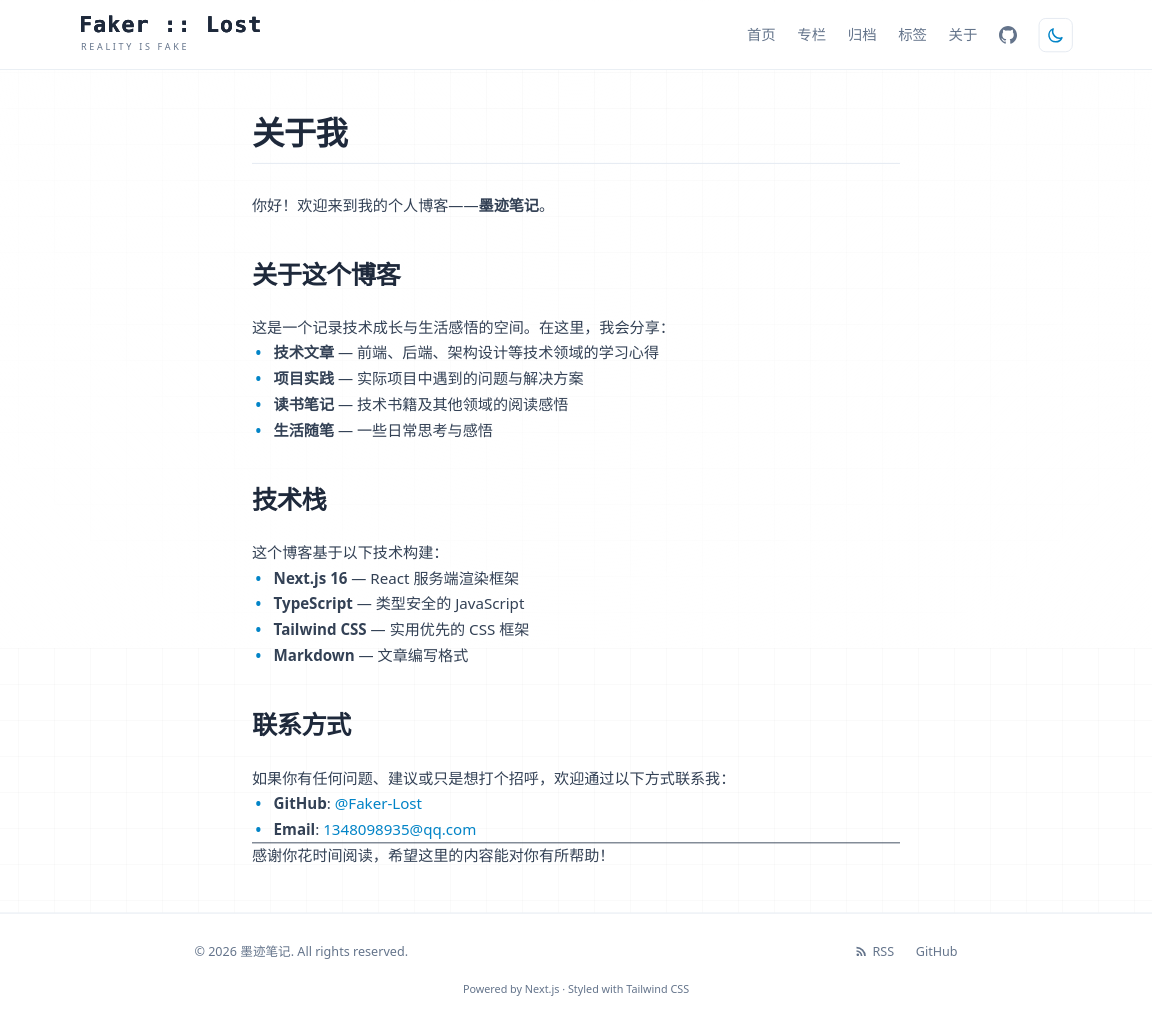
Repository: Faker-Lost/my-blog
Page: /about
The author's editor kept a copy of each file at every save. The page is drawn from the files as they stood at one save, then again after the next save.
The browser window is 1280 px wide. The pictures show the whole page, at 90% of full size.
The project was rebuilt for these pictures with package versions that can differ from the ones it lists, and the page was loaded fresh each time. The framework's server and built-in components were replaced by stand-ins that run in the browser. Also part of the build but not shown: next.config.ts.

Above is the page before, as saved 2026-02-10 14:55:24.

### app/layout.tsx
import type { Metadata } from "next";
import { Noto_Serif_SC } from "next/font/google";
import Header from "@/components/Header";
import Footer from "@/components/Footer";
import { SpeedInsights } from "@vercel/speed-insights/next";
import "./globals.css";

// 使用 Noto Serif SC 作为主字体，传统优雅风格
const notoSerifSC = Noto_Serif_SC({
  weight: ['400', '600', '700'],
  subsets: ['latin'],
  variable: '--font-noto-serif',
  display: 'swap',
});

export const metadata: Metadata = {
  title: {
    default: "Faker :: Lost",
    template: "%s | Faker :: Lost",
  },
  description: "Code is Reality. Reality is Fake. 技术探索与迷失记录。",
  keywords: ["Faker-Lost", "博客", "技术", "C++", "Qt", "OpenCV"],
  authors: [{ name: "Faker-Lost" }],
  openGraph: {
    type: "website",
    locale: "zh_CN",
    siteName: "Faker :: Lost",
  },
  verification: {
    other: {
      "baidu-site-verification": "codeva-wALds0TuPo",
    },
  },
};

export default function RootLayout({
  children,
}: Readonly<{
  children: React.ReactNode;
}>) {
  return (
    <html lang="zh-CN" suppressHydrationWarning>
      <head>
        {/* 防止 FOUC - 提前应用主题 */}
        <script
          dangerouslySetInnerHTML={{
            __html: `
              (function() {
                try {
                  var darkMode = localStorage.getItem('darkMode');
                  if (darkMode === 'true' || (!darkMode && window.matchMedia('(prefers-color-scheme: dark)').matches)) {
                    document.documentElement.classList.add('dark');
                  }
                } catch (e) {}
              })();
            `,
          }}
        />
      </head>
      <body className={`${notoSerifSC.variable} min-h-screen flex flex-col`}>
        <Header />
        <main className="flex-1">
          {children}
        </main>
        <Footer />
        <SpeedInsights />
      </body>
    </html>
  );
}

### app/about/page.tsx
import { Metadata } from 'next';

export const metadata: Metadata = {
  title: '关于',
  description: '了解更多关于我和这个博客的信息',
};

export default function AboutPage() {
  return (
    <div className="max-w-3xl mx-auto px-6 py-12 page-transition">
      <article className="prose">
        <h1>关于我</h1>

        <p>
          你好！欢迎来到我的个人博客——<strong>墨迹笔记</strong>。
        </p>

        <h2>关于这个博客</h2>

        <p>
          这是一个记录技术成长与生活感悟的空间。在这里，我会分享：
        </p>

        <ul>
          <li><strong>技术文章</strong> — 前端、后端、架构设计等技术领域的学习心得</li>
          <li><strong>项目实践</strong> — 实际项目中遇到的问题与解决方案</li>
          <li><strong>读书笔记</strong> — 技术书籍及其他领域的阅读感悟</li>
          <li><strong>生活随笔</strong> — 一些日常思考与感悟</li>
        </ul>

        <h2>技术栈</h2>

        <p>
          这个博客基于以下技术构建：
        </p>

        <ul>
          <li><strong>Next.js 16</strong> — React 服务端渲染框架</li>
          <li><strong>TypeScript</strong> — 类型安全的 JavaScript</li>
          <li><strong>Tailwind CSS</strong> — 实用优先的 CSS 框架</li>
          <li><strong>Markdown</strong> — 文章编写格式</li>
        </ul>

        <h2>联系方式</h2>

        <p>
          如果你有任何问题、建议或只是想打个招呼，欢迎通过以下方式联系我：
        </p>

        <ul>
          <li>
            <strong>GitHub</strong>:{' '}
            <a href="https://github.com/Faker-Lost" target="_blank" rel="noopener noreferrer">
              @Faker-Lost
            </a>
          </li>
          <li>
            <strong>Email</strong>: <a href="mailto:1348098935@qq.com">1348098935@qq.com</a>
          </li>
        </ul>

        <hr />

        <p>
          感谢你花时间阅读，希望这里的内容能对你有所帮助！
        </p>
      </article>
    </div>
  );
}

### components/Header.tsx
import Link from 'next/link';
import ThemeToggle from './ThemeToggle';
import GlitchText from './GlitchText';

export default function Header() {
  return (
    <header className="sticky top-0 z-50 border-b border-[var(--border)] bg-[var(--header-bg)] backdrop-blur-md supports-[backdrop-filter]:bg-opacity-60 transition-all duration-300">
      <div className="max-w-6xl mx-auto px-6 py-4 flex items-center justify-between">
        {/* Logo / 站点名称 */}
        <Link href="/" className="group flex flex-col items-start gap-1">
          <span
            className="text-2xl font-bold tracking-tighter text-[var(--foreground)]
                       group-hover:text-[var(--accent)] transition-colors leading-none font-mono"
          >
            <GlitchText text="Faker :: Lost" />
          </span>
          <span className="text-[10px] uppercase tracking-[0.3em] text-[var(--muted)] pl-0.5">
            REALITY IS FAKE
          </span>
        </Link>

        {/* 导航 */}
        <nav className="flex items-center gap-5 sm:gap-6">
          <Link
            href="/"
            className="text-[var(--muted)] hover:text-[var(--foreground)] transition-colors"
          >
            首页
          </Link>
          <Link
            href="/series"
            className="text-[var(--muted)] hover:text-[var(--foreground)] transition-colors"
          >
            专栏
          </Link>
          <Link
            href="/archive"
            className="text-[var(--muted)] hover:text-[var(--foreground)] transition-colors"
          >
            归档
          </Link>
          <Link
            href="/tags"
            className="text-[var(--muted)] hover:text-[var(--foreground)] transition-colors"
          >
            标签
          </Link>
          <Link
            href="/about"
            className="text-[var(--muted)] hover:text-[var(--foreground)] transition-colors"
          >
            关于
          </Link>
          <a
            href="https://github.com/Faker-Lost"
            target="_blank"
            rel="noopener noreferrer"
            className="text-[var(--muted)] hover:text-[var(--foreground)] transition-colors"
            aria-label="GitHub"
          >
            <svg className="w-5 h-5" fill="currentColor" viewBox="0 0 24 24">
              <path d="M12 0c-6.626 0-12 5.373-12 12 0 5.302 3.438 9.8 8.207 11.387.599.111.793-.261.793-.577v-2.234c-3.338.726-4.033-1.416-4.033-1.416-.546-1.387-1.333-1.756-1.333-1.756-1.089-.745.083-.729.083-.729 1.205.084 1.839 1.237 1.839 1.237 1.07 1.834 2.807 1.304 3.492.997.107-.775.418-1.305.762-1.604-2.665-.305-5.467-1.334-5.467-5.931 0-1.311.469-2.381 1.236-3.221-.124-.303-.535-1.524.117-3.176 0 0 1.008-.322 3.301 1.23.957-.266 1.983-.399 3.003-.404 1.02.005 2.047.138 3.006.404 2.291-1.552 3.297-1.23 3.297-1.23.653 1.653.242 2.874.118 3.176.77.84 1.235 1.911 1.235 3.221 0 4.609-2.807 5.624-5.479 5.921.43.372.823 1.102.823 2.222v3.293c0 .319.192.694.801.576 4.765-1.589 8.199-6.086 8.199-11.386 0-6.627-5.373-12-12-12z" />
            </svg>
          </a>
          <ThemeToggle />
        </nav>
      </div>
    </header>
  );
}

### components/Footer.tsx
import Link from 'next/link';

export default function Footer() {
  const currentYear = new Date().getFullYear();

  return (
    <footer className="border-t border-[var(--border)] bg-[var(--background)] mt-auto">
      <div className="max-w-4xl mx-auto px-6 py-8">
        <div className="flex flex-col md:flex-row items-center justify-between gap-4">
          {/* 版权信息 */}
          <p className="text-sm text-[var(--muted)]">
            © {currentYear} 墨迹笔记. All rights reserved.
          </p>

          {/* 链接 */}
          <div className="flex items-center gap-6 text-sm">
            <Link
              href="/rss.xml"
              className="text-[var(--muted)] hover:text-[var(--accent)] transition-colors flex items-center gap-1"
            >
              <svg className="w-4 h-4" fill="currentColor" viewBox="0 0 24 24">
                <path d="M6.18 15.64a2.18 2.18 0 0 1 2.18 2.18C8.36 19 7.38 20 6.18 20C5 20 4 19 4 17.82a2.18 2.18 0 0 1 2.18-2.18M4 4.44A15.56 15.56 0 0 1 19.56 20h-2.83A12.73 12.73 0 0 0 4 7.27V4.44m0 5.66a9.9 9.9 0 0 1 9.9 9.9h-2.83A7.07 7.07 0 0 0 4 12.93V10.1z"/>
              </svg>
              RSS
            </Link>
            <a
              href="https://github.com"
              target="_blank"
              rel="noopener noreferrer"
              className="text-[var(--muted)] hover:text-[var(--accent)] transition-colors"
            >
              GitHub
            </a>
          </div>
        </div>

        {/* 技术栈标识 */}
        <p className="text-center text-xs text-[var(--muted)] mt-6">
          Powered by Next.js · Styled with Tailwind CSS
        </p>
      </div>
    </footer>
  );
}

### app/globals.css
@import "tailwindcss";

:root {
  /* 浅色主题 - 现代极简 & 科技感 */
  --background: #ffffff;
  --foreground: #1e293b;
  /* Slate-800 */
  --accent: #0284c7;
  /* Sky-600 */
  --accent-glow: rgba(2, 132, 199, 0.4);
  --muted: #64748b;
  /* Slate-500 */
  --border: #e2e8f0;
  /* Slate-200 */
  --card: rgba(255, 255, 255, 0.8);
  /* 半透明白 */
  --header-bg: rgba(255, 255, 255, 0.75);
  --grid-color: rgba(0, 0, 0, 0.02);
  /* 极淡网格 */

  --font-sans: system-ui, -apple-system, BlinkMacSystemFont, 'Segoe UI', Roboto, 'Helvetica Neue', Arial, sans-serif;
  --font-mono: 'JetBrains Mono', 'Fira Code', Consolas, monospace;
}

@theme {
  --color-background: var(--background);
  --color-foreground: var(--foreground);
  --color-accent: var(--accent);
  --color-muted: var(--muted);
  --color-border: var(--border);
  --color-card: var(--card);
  --font-sans: var(--font-sans);
  --font-mono: var(--font-mono);
}

/* 暗黑主题 */
.dark {
  --background: #09090b;
  /* Zinc-950 */
  --foreground: #e2e8f0;
  /* Slate-200 */
  --accent: #22d3ee;
  /* Cyan-400 */
  --accent-glow: rgba(34, 211, 238, 0.3);
  --muted: #94a3b8;
  /* Slate-400 */
  --border: #27272a;
  /* Zinc-800 */
  --card: rgba(24, 24, 27, 0.6);
  --header-bg: rgba(9, 9, 11, 0.7);
  --grid-color: rgba(255, 255, 255, 0.02);
}

body {
  background-color: var(--background);
  /* 保留极淡的背景网格，作为唯一的主题特征 */
  background-image:
    linear-gradient(var(--grid-color) 1px, transparent 1px),
    linear-gradient(90deg, var(--grid-color) 1px, transparent 1px);
  background-size: 40px 40px;
  background-position: center top;

  color: var(--foreground);
  font-family: var(--font-sans);
  line-height: 1.7;
  transition: background-color 0.3s ease, color 0.3s ease;
  min-height: 100vh;
}

body::before {
  content: "";
  position: fixed;
  top: 0;
  left: 0;
  width: 100%;
  height: 100%;
  pointer-events: none;
  background: radial-gradient(circle at 50% 0%, transparent 0%, var(--background) 100%);
  z-index: -1;
}

/* 标题样式 - 回归经典，只保留字体特色 */
h1,
h2,
h3,
h4,
h5,
h6 {
  font-family: var(--font-mono);
  font-weight: 700;
  letter-spacing: -0.02em;
  color: var(--foreground);
}

/* Prose (文章内容) - 还原经典墨迹笔记排版 */
.prose {
  /* 颜色 */
  --tw-prose-body: #334155;
  --tw-prose-headings: #0f172a;
  --tw-prose-links: var(--accent);
  --tw-prose-code: var(--accent);
  --tw-prose-quotes: var(--muted);

  font-size: 1.05rem;
  max-width: none;
  font-weight: 450;
  color: var(--tw-prose-body);

  /* 无边框、无背景、纯净阅读 */
  background: transparent;
  padding: 0;
  border: none;
  border-radius: 0;
  box-shadow: none;
}

.dark .prose {
  --tw-prose-body: #cbd5e1;
  --tw-prose-headings: #f1f5f9;
}

/* 标题 - 去掉修饰，回归纯粹 */
.prose h1 {
  font-size: 2.25rem;
  padding-bottom: 0.5rem;
  border-bottom: 1px solid var(--border);
  margin-bottom: 2rem;
  margin-top: 0;
  line-height: 1.3;
}

.prose h2 {
  font-size: 1.75rem;
  margin-top: 2.5rem;
  margin-bottom: 1.25rem;
  padding-left: 0;
  /* 移除左侧修饰线和 # 号 */
  border-left: none;
}

/* 移除之前的 # 号伪元素 */
.prose h2::before {
  content: none;
}

.prose h3 {
  font-size: 1.4rem;
  margin-top: 2rem;
  margin-bottom: 1rem;
}

/* 链接 - 经典样式 */
.prose a {
  color: var(--accent);
  text-decoration: none;
  border-bottom: 1px solid transparent;
  transition: border-color 0.2s;
}

.prose a:hover {
  border-bottom-color: var(--accent);
}

/* 引用块 - 经典竖线样式 */
.prose blockquote {
  border-left: 4px solid var(--border);
  /* 灰色竖线，更素雅 */
  background: transparent;
  /* 去掉背景色 */
  padding-left: 1rem;
  margin: 1.5rem 0;
  font-style: italic;
  color: var(--muted);
}

/* 表格样式 - 规规矩矩 */
.prose table {
  width: 100%;
  table-layout: auto;
  text-align: left;
  margin-top: 2em;
  margin-bottom: 2em;
  font-size: 0.95em;
  border-collapse: collapse;
  /* 合并边框 */
  border: 1px solid var(--border);
  /* 外边框 */
}

.prose thead {
  border-bottom: 2px solid var(--border);
  background-color: rgba(0, 0, 0, 0.02);
  /* 极淡的表头背景 */
}

.dark .prose thead {
  background-color: rgba(255, 255, 255, 0.05);
}

.prose th {
  color: var(--foreground);
  font-weight: 600;
  padding: 0.75rem 1rem;
  vertical-align: bottom;
  border-right: 1px solid var(--border);
  /* 竖向分隔线 */
}

.prose th:last-child {
  border-right: none;
}

.prose td {
  padding: 0.75rem 1rem;
  vertical-align: top;
  border-bottom: 1px solid var(--border);
  /* 横向分隔线 */
  border-right: 1px solid var(--border);
  /* 竖向分隔线 */
}

.prose td:last-child {
  border-right: none;
}

.prose tr:last-child td {
  border-bottom: none;
}

/* 列表样式 */
.prose ul>li {
  position: relative;
  padding-left: 1.5rem;
}

.prose ul>li::marker {
  color: var(--muted);
  /* 还原默认圆点颜色 */
  content: "";
  /* 使用默认样式或者设为圆点 */
}

.prose ul>li::before {
  content: "•";
  position: absolute;
  left: 0.25rem;
  color: var(--accent);
  font-weight: bold;
}

/* 代码块 - 保持深色，对比度高 */
.prose pre {
  background: #0f172a !important;
  color: #f1f5f9 !important;
  border: 1px solid #1e293b;
  border-radius: 6px;
  margin: 1.5rem 0;
  padding: 1rem;
  overflow-x: auto;
  font-family: var(--font-mono);
  font-size: 0.9rem;
  line-height: 1.6;
}

.prose :not(pre)>code {
  background: rgba(125, 211, 252, 0.1);
  color: var(--accent);
  font-family: var(--font-mono);
  padding: 0.2rem 0.4rem;
  border-radius: 4px;
}

/* 图片 */
.prose img {
  border-radius: 0;
  /* 直角图片 */
  border: 1px solid var(--border);
  margin: 2rem auto;
}

/* Glitch Effect - 用于 Logo - 修复：移除背景色 */
.glitch-wrapper {
  position: relative;
  display: inline-block;
}

.glitch {
  position: relative;
  color: var(--foreground);
}

.glitch:before,
.glitch:after {
  content: attr(data-text);
  position: absolute;
  top: 0;
  left: 0;
  width: 100%;
  height: 100%;
  /* background: var(--background); 移除背景颜色，修复 Logo 有白底的问题 */
}

.group:hover .glitch:before {
  color: #0ff;
  z-index: 2;
  opacity: 1;
  animation: glitch-anim-1 0.3s infinite linear alternate-reverse;
}

.group:hover .glitch:after {
  color: #f0f;
  z-index: 1;
  opacity: 1;
  animation: glitch-anim-2 0.3s infinite linear alternate-reverse;
}

@keyframes glitch-anim-1 {
  0% {
    clip-path: inset(20% 0 80% 0);
    transform: translate(-2px, 1px);
  }

  20% {
    clip-path: inset(60% 0 10% 0);
    transform: translate(2px, -1px);
  }

  40% {
    clip-path: inset(40% 0 50% 0);
    transform: translate(-2px, 2px);
  }

  60% {
    clip-path: inset(80% 0 5% 0);
    transform: translate(2px, -2px);
  }

  80% {
    clip-path: inset(10% 0 70% 0);
    transform: translate(-1px, 1px);
  }

  100% {
    clip-path: inset(30% 0 20% 0);
    transform: translate(1px, -1px);
  }
}

@keyframes glitch-anim-2 {
  0% {
    clip-path: inset(15% 0 60% 0);
    transform: translate(2px, 1px);
  }

  20% {
    clip-path: inset(50% 0 30% 0);
    transform: translate(-2px, -1px);
  }

  40% {
    clip-path: inset(20% 0 70% 0);
    transform: translate(2px, 2px);
  }

  60% {
    clip-path: inset(70% 0 10% 0);
    transform: translate(-2px, -2px);
  }

  80% {
    clip-path: inset(10% 0 40% 0);
    transform: translate(1px, 1px);
  }

  100% {
    clip-path: inset(40% 0 20% 0);
    transform: translate(-1px, -1px);
  }
}

### components/ThemeToggle.tsx
'use client';

import { useEffect, useState } from 'react';

export default function ThemeToggle() {
  const [darkMode, setDarkMode] = useState(false);
  const [mounted, setMounted] = useState(false);

  useEffect(() => {
    setMounted(true);
    // 检查本地存储或系统偏好
    const stored = localStorage.getItem('darkMode');
    if (stored !== null) {
      setDarkMode(stored === 'true');
    } else {
      setDarkMode(window.matchMedia('(prefers-color-scheme: dark)').matches);
    }
  }, []);

  useEffect(() => {
    if (mounted) {
      if (darkMode) {
        document.documentElement.classList.add('dark');
      } else {
        document.documentElement.classList.remove('dark');
      }
      localStorage.setItem('darkMode', String(darkMode));
    }
  }, [darkMode, mounted]);

  // 防止 hydration 不匹配
  if (!mounted) {
    return (
      <button
        className="p-2 rounded-lg bg-[var(--card)] border border-[var(--border)]"
        aria-label="切换主题"
      >
        <span className="w-5 h-5 block" />
      </button>
    );
  }

  return (
    <button
      onClick={() => setDarkMode(!darkMode)}
      className="p-2 rounded-lg bg-[var(--card)] border border-[var(--border)]
                 hover:border-[var(--accent)] transition-colors"
      aria-label={darkMode ? '切换到浅色模式' : '切换到暗黑模式'}
    >
      {darkMode ? (
        // 太阳图标
        <svg
          className="w-5 h-5 text-[var(--accent)]"
          fill="none"
          stroke="currentColor"
          viewBox="0 0 24 24"
        >
          <path
            strokeLinecap="round"
            strokeLinejoin="round"
            strokeWidth={2}
            d="M12 3v1m0 16v1m9-9h-1M4 12H3m15.364 6.364l-.707-.707M6.343 6.343l-.707-.707m12.728 0l-.707.707M6.343 17.657l-.707.707M16 12a4 4 0 11-8 0 4 4 0 018 0z"
          />
        </svg>
      ) : (
        // 月亮图标
        <svg
          className="w-5 h-5 text-[var(--accent)]"
          fill="none"
          stroke="currentColor"
          viewBox="0 0 24 24"
        >
          <path
            strokeLinecap="round"
            strokeLinejoin="round"
            strokeWidth={2}
            d="M20.354 15.354A9 9 0 018.646 3.646 9.003 9.003 0 0012 21a9.003 9.003 0 008.354-5.646z"
          />
        </svg>
      )}
    </button>
  );
}

### components/GlitchText.tsx
import React from 'react';

interface GlitchTextProps {
  text: string;
  className?: string; // Allow additional styling
}

export default function GlitchText({ text, className = '' }: GlitchTextProps) {
  return (
    <div className={`glitch-wrapper ${className}`}>
      <div
        className="glitch relative font-bold tracking-wider"
        data-text={text}
      >
        {text}
      </div>
    </div>
  );
}

After the next save:
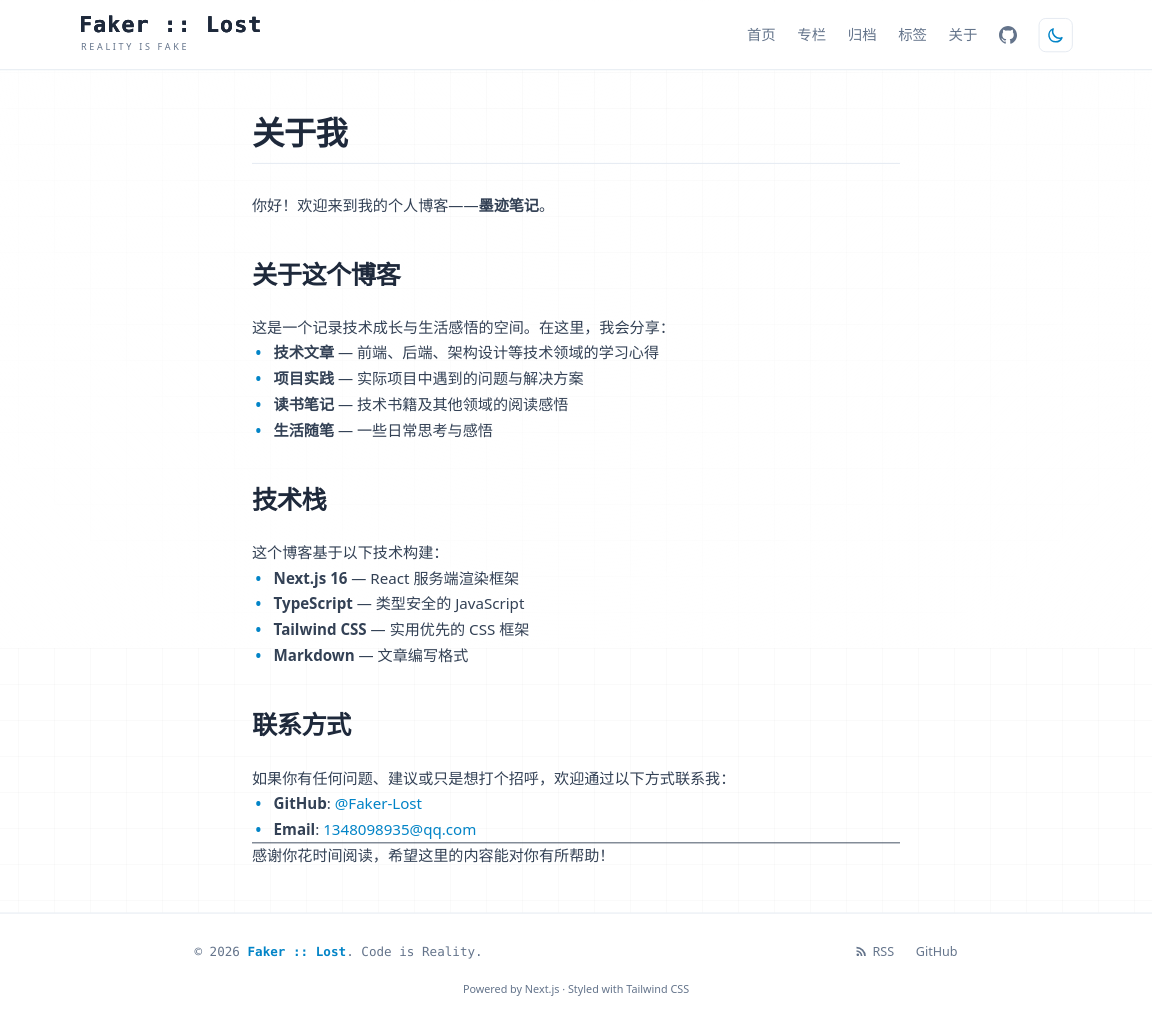
Saved 2 min 46 s later.
--- a/components/Footer.tsx
+++ b/components/Footer.tsx
@@ -8,8 +8,8 @@ export default function Footer() {
       <div className="max-w-4xl mx-auto px-6 py-8">
         <div className="flex flex-col md:flex-row items-center justify-between gap-4">
           {/* 版权信息 */}
-          <p className="text-sm text-[var(--muted)]">
-            © {currentYear} 墨迹笔记. All rights reserved.
+          <p className="text-sm font-mono text-[var(--muted)]">
+            © {currentYear} <span className="font-bold text-[var(--accent)]">Faker :: Lost</span>. Code is Reality.
           </p>
 
           {/* 链接 */}
@@ -19,7 +19,7 @@ export default function Footer() {
               className="text-[var(--muted)] hover:text-[var(--accent)] transition-colors flex items-center gap-1"
             >
               <svg className="w-4 h-4" fill="currentColor" viewBox="0 0 24 24">
-                <path d="M6.18 15.64a2.18 2.18 0 0 1 2.18 2.18C8.36 19 7.38 20 6.18 20C5 20 4 19 4 17.82a2.18 2.18 0 0 1 2.18-2.18M4 4.44A15.56 15.56 0 0 1 19.56 20h-2.83A12.73 12.73 0 0 0 4 7.27V4.44m0 5.66a9.9 9.9 0 0 1 9.9 9.9h-2.83A7.07 7.07 0 0 0 4 12.93V10.1z"/>
+                <path d="M6.18 15.64a2.18 2.18 0 0 1 2.18 2.18C8.36 19 7.38 20 6.18 20C5 20 4 19 4 17.82a2.18 2.18 0 0 1 2.18-2.18M4 4.44A15.56 15.56 0 0 1 19.56 20h-2.83A12.73 12.73 0 0 0 4 7.27V4.44m0 5.66a9.9 9.9 0 0 1 9.9 9.9h-2.83A7.07 7.07 0 0 0 4 12.93V10.1z" />
               </svg>
               RSS
             </Link>
